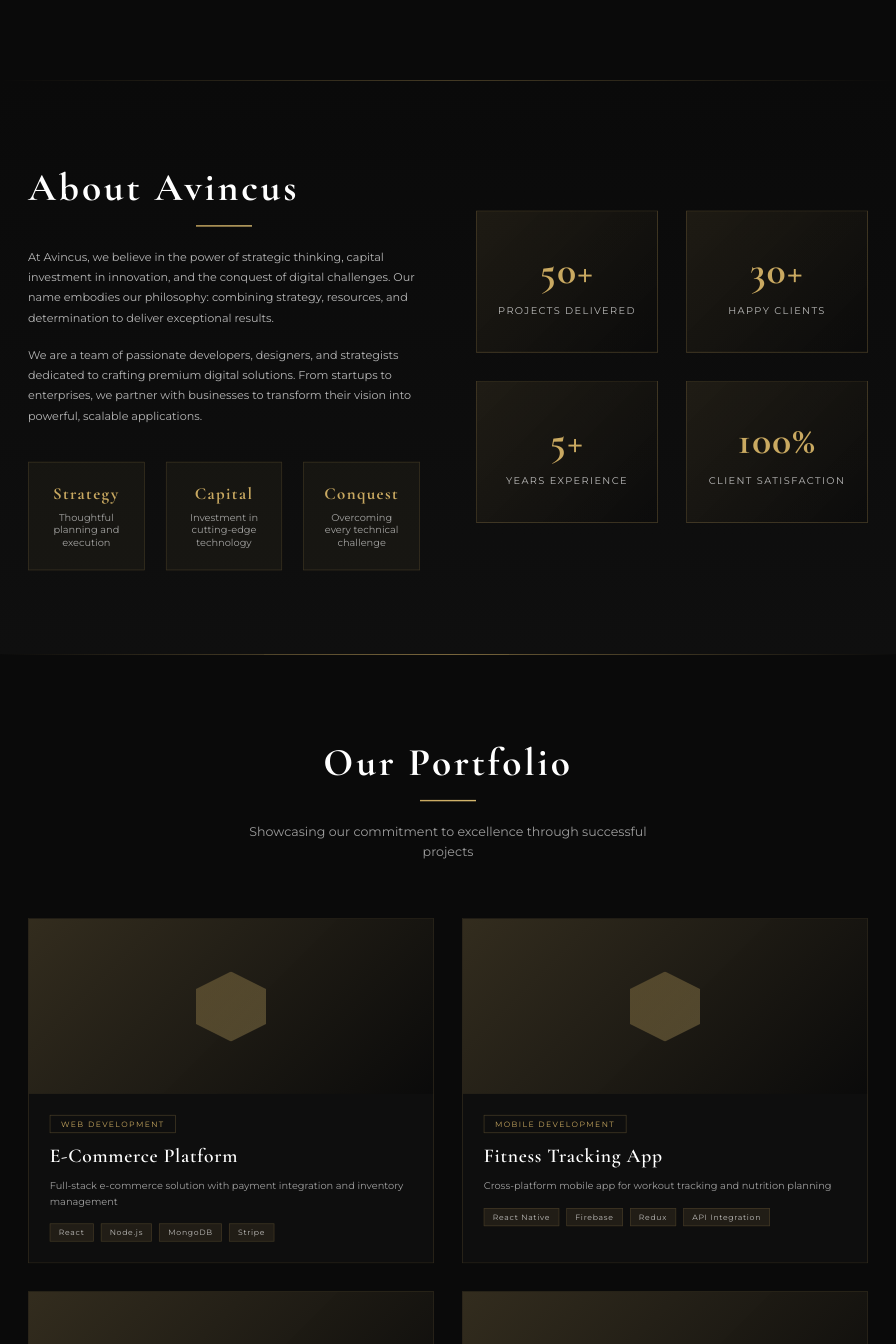
Repository: GiLLBaTesx/avincus-website
Page: /
An editor plug-in stored every save of this project. The page is shown before and after the next save, followed by the edit.
The browser window is 1280 px wide. The pictures show the part of the page from y = 2134 to 4054 px (the page is 6801 px tall before and 7034 px after), at 70% of full size.
The project was rebuilt for these pictures with package versions that can differ from the ones it lists, and the page was loaded fresh each time.

Above is the page before, as saved 2026-05-28 12:04:20.

After the next save:
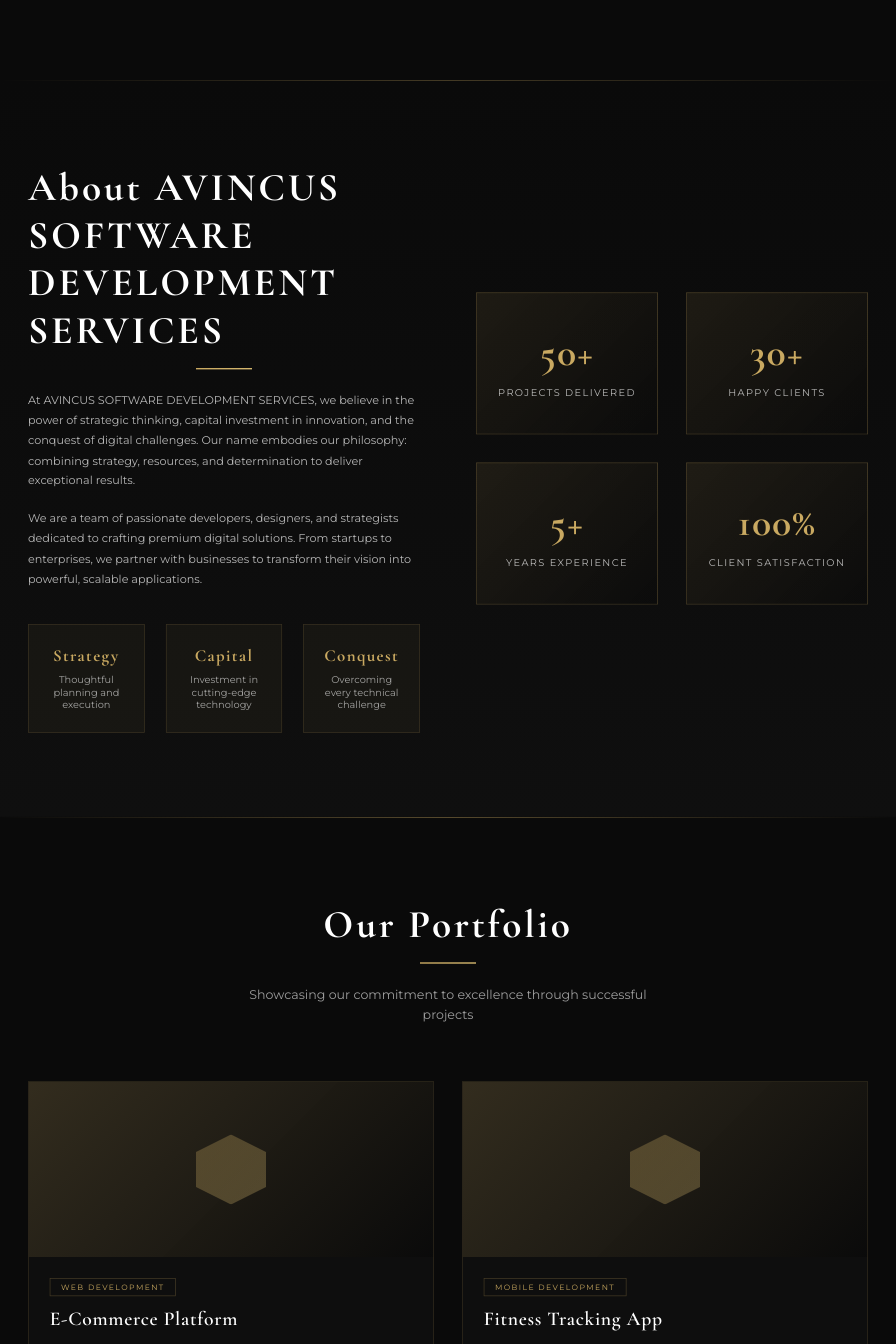
Saved 1 s later.
--- a/src/components/About.js
+++ b/src/components/About.js
@@ -38,10 +38,10 @@
       <div className="about-container">
         <div className="about-content">
           <div className={`about-text ${isVisible ? 'visible' : ''}`}>
-            <h2 className="section-title">About Avincus</h2>
+            <h2 className="section-title">About AVINCUS SOFTWARE DEVELOPMENT SERVICES</h2>
             <div className="gold-line"></div>
             <p className="about-description">
-              At Avincus, we believe in the power of strategic thinking, capital investment in innovation,
+              At AVINCUS SOFTWARE DEVELOPMENT SERVICES, we believe in the power of strategic thinking, capital investment in innovation,
               and the conquest of digital challenges. Our name embodies our philosophy: combining strategy,
               resources, and determination to deliver exceptional results.
             </p>
